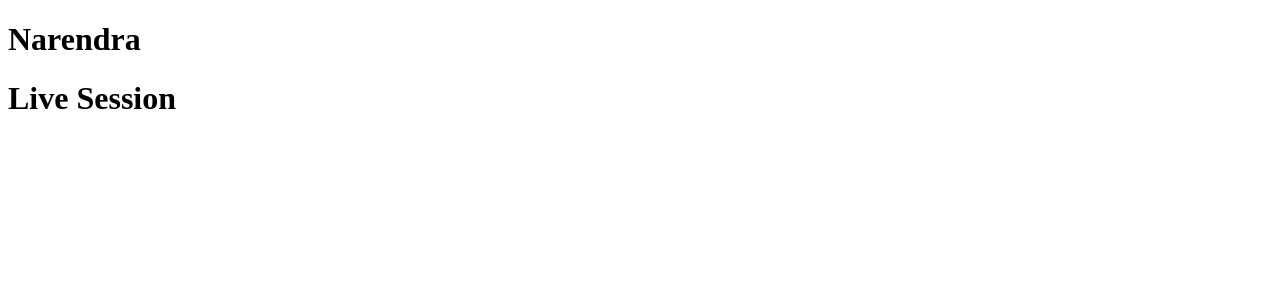
Repository: narendraiitm/may-2023-live-sessions
Page: index.html
These files come from the project's save history. The page is drawn as it stood at one moment and after the next save; the edit follows.
The browser window is 1280 px wide. The pictures show the whole page.

Above is the page before, as saved 2023-06-27 20:29:50.

After the next save:
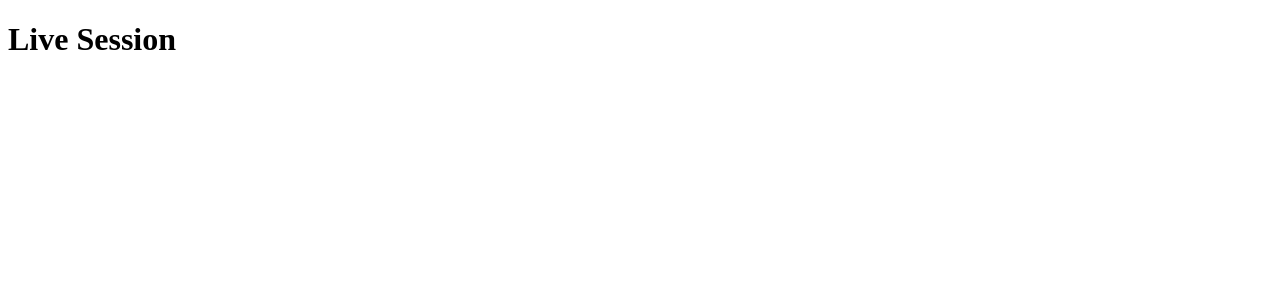
Saved 2 min 49 s later.
--- a/app.js
+++ b/app.js
@@ -3,7 +3,7 @@ new Vue({
   el: '#app',
   template: `
   <div>
-    <h1> {{blog.author}}</h1>
+    <h1 v-if = "present"> {{blog.author}}</h1>
     <h1> {{blog.title}}</h1>
   </div>
   `,

After the save that followed:
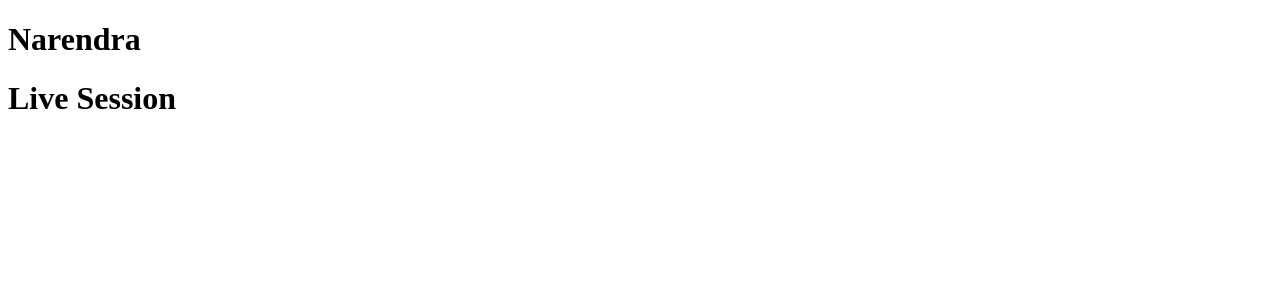
Saved 10 s later.
--- a/app.js
+++ b/app.js
@@ -9,5 +9,6 @@ new Vue({
   `,
   data: {
     blog: { author: 'Narendra', title: 'Live Session' },
+    present: true,
   },
 })
